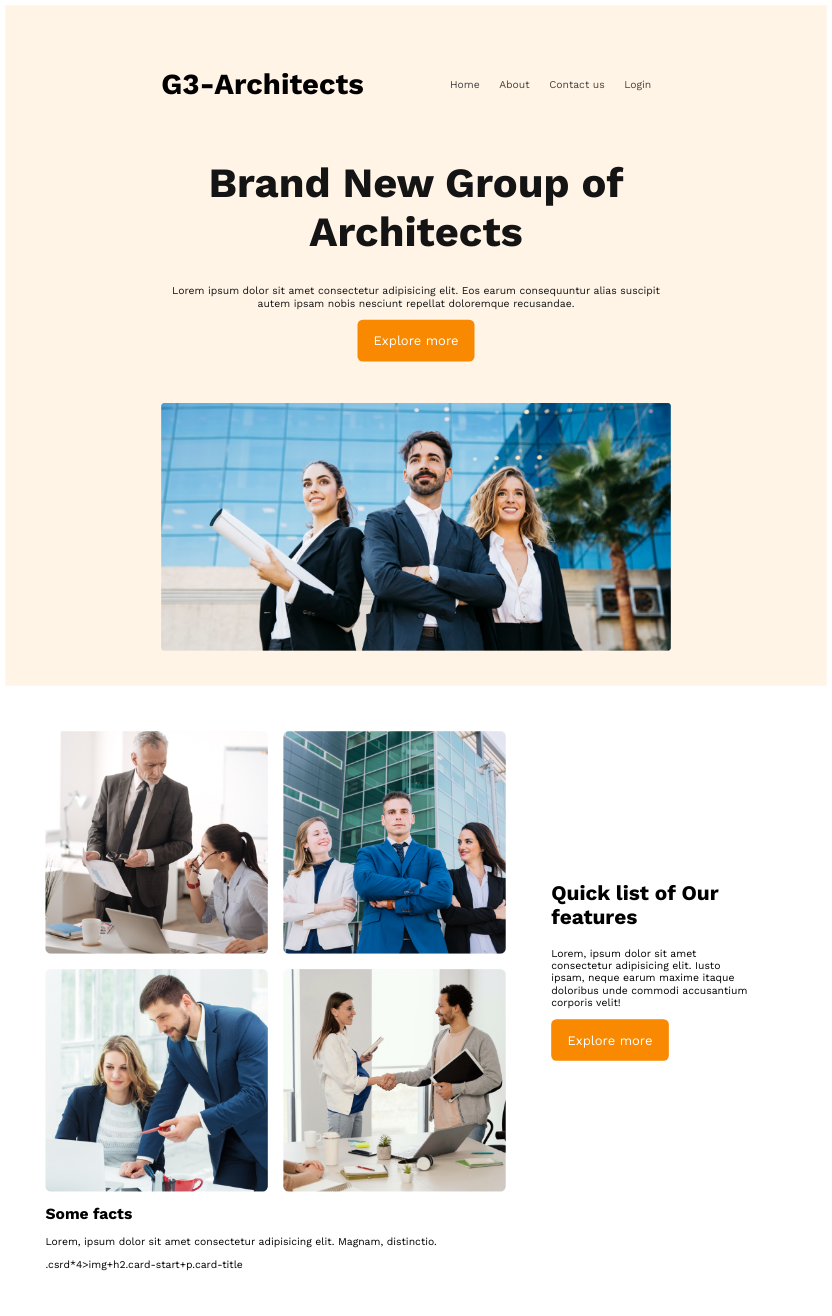
Repository: RudrasahaDibos/architects-resources
Page: index.html
These files come from the project's save history. The page is drawn as it stood at one moment and after a run of saves; the edit follows.
The browser window is 1280 px wide. The pictures show the whole page, at 65% of full size.

Above is the page before, as saved 2024-10-06 21:59:48.

After the next 2 saves:
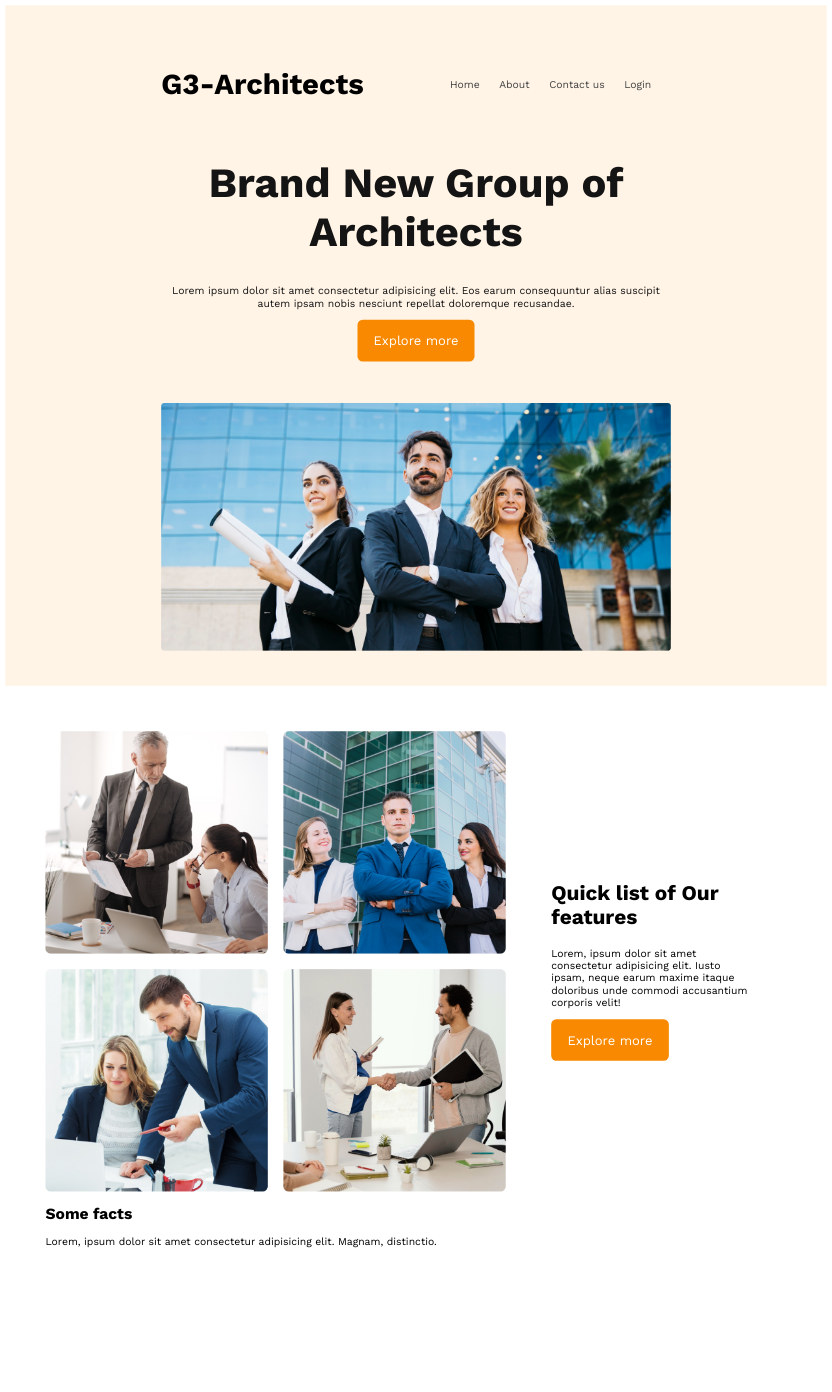
The 2 saves are shown as one change because they came seconds apart.
The last was saved 11 s later.
--- a/index.html
+++ b/index.html
@@ -52,7 +52,26 @@
                     <p class="some-discription">Lorem, ipsum dolor sit amet consectetur
                       adipisicing elit. Magnam, distinctio.</p>
                    <div class="fact-card-container">
-                          .csrd*4>img+h2.card-start+p.card-title
+                          <div class="card">
+                            <img src="" alt="">
+                            <h2 class="card-start"></h2>
+                            <p class="card-title"></p>
+                          </div>
+                          <div class="card">
+                            <img src="" alt="">
+                            <h2 class="card-start"></h2>
+                            <p class="card-title"></p>
+                          </div>
+                          <div class="card">
+                            <img src="" alt="">
+                            <h2 class="card-start"></h2>
+                            <p class="card-title"></p>
+                          </div>
+                          <div class="card">
+                            <img src="" alt="">
+                            <h2 class="card-start"></h2>
+                            <p class="card-title"></p>
+                          </div>
                   </div>
                   </section>
        </main>
